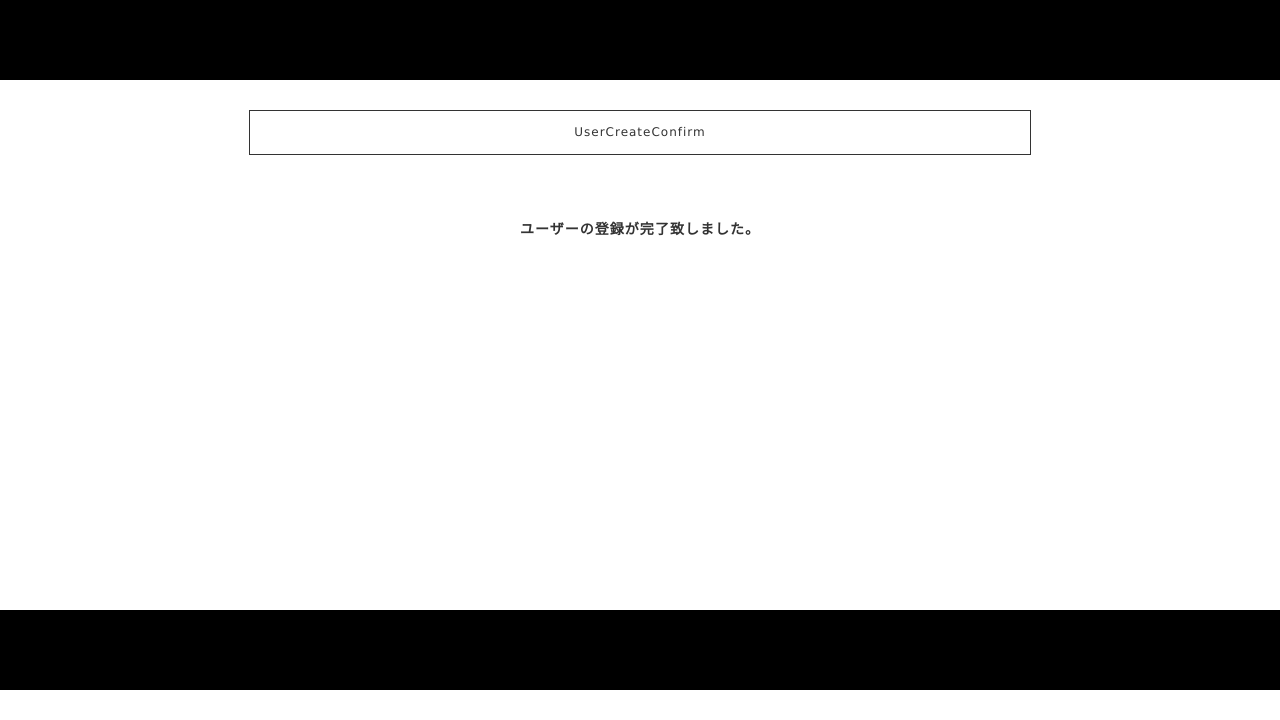
Repository: y321sudo/test2
Page: http://localhost/Yukazon/userCreateComplete.jsp
An editor plug-in stored every save of this project. The page is shown before and after the next save, followed by the edit.
The browser window is 1280 px wide. The pictures show the whole page.
The page is served by Tomcat 9. Other server files are loaded and not shown.

Above is the page before, as saved 2018-02-21 07:43:44.

### Yukazon/WebContent/userCreateComplete.jsp
<%@ page language="java" contentType="text/html; charset=UTF-8" pageEncoding="UTF-8"%>
<%@ taglib prefix="s" uri="/struts-tags"%>

<!DOCTYPE html>
<html>
<head>
	<meta charset="utf-8">
	<meta http-equiv="Content-Type" content="text/html; charset=utf-8" />
	<meta http-equiv="Content-Style-Type" content="text/css" />
	<meta http-equiv="Content-Script-Type" content="text/javascript" />
	<meta http-equiv="imagetoolbar" content="no" />
	<meta name="description" content="" />
	<meta name="keywords" content="" />
	<meta charset="utf-8">
	<title>新規ユーザー登録完了画面</title>
	<style type="text/css">
		/* ========TAG LAYOUT======== */
		body {
		   margin:0;
		   padding:0;
		   line-height:1.6;
		   letter-spacing:1px;
		   font-family:Verdana, Helvetica, sans-serif;
		   font-size:12px;
		   color:#333;
		   background:#fff;
		}

		table {
			text-align:center;
			margin:0 auto;
		}

		/* ========ID LAYOUT======== */
		#top {
		   width:780px;
		   margin:30px auto;
		   border:1px solid #333;
		}

		#header {
		   width: 100%;
		   height: 80px;
		   background-color: black;
		}

		#main {
		   width: 100%;
		   height: 500px;
		   text-align: center;
		}

		#footer {
			width: 100%;
			height: 80px;
			background-color: black;
			clear:both;
		}
	</style>
</head>
<body>
	<div id="header">
	 	<div id="pr">
		</div>
	</div>
	<div id="main">
		<div id="top">
			<p>UserCreateConfirm</p>
		</div>
		<div><br>
			<h3>ユーザーの登録が完了致しました。</h3>


		</div>
	</div>
	<div id="footer">
	 	<div id="pr">
		</div>
	</div>
</body>
</html>

After the next save:
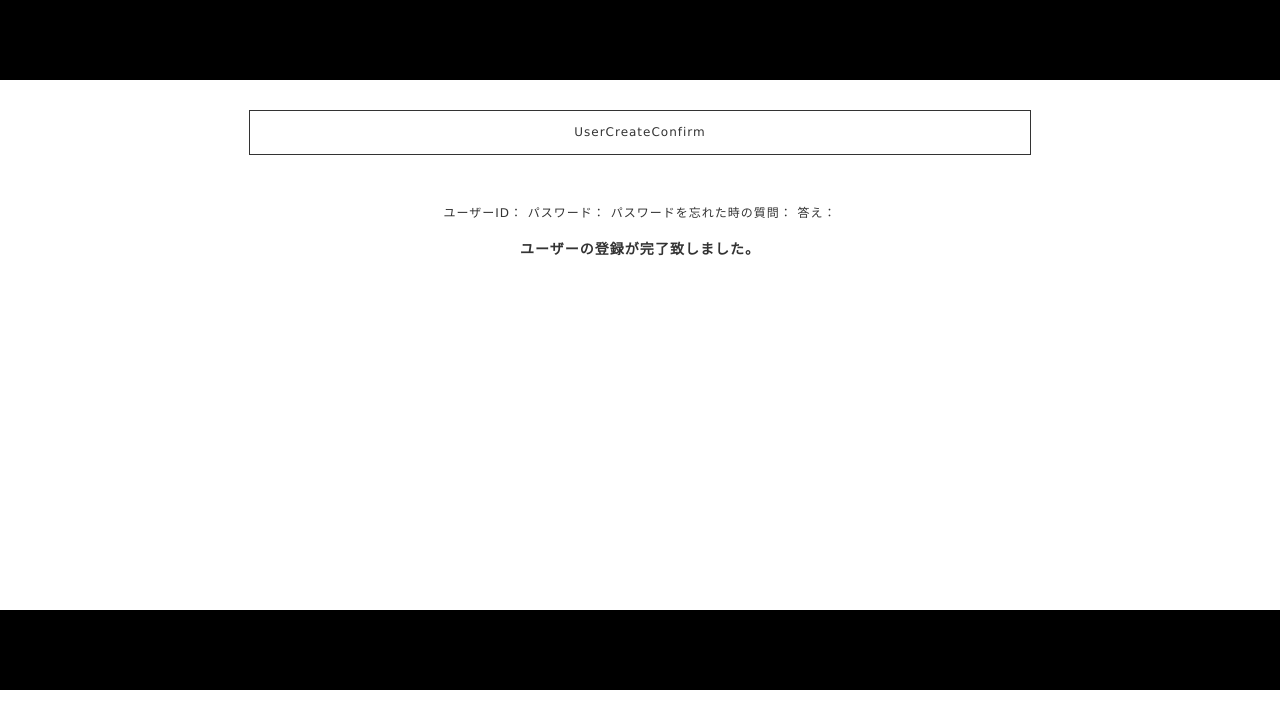
Saved 2 min 16 s later.
--- a/Yukazon/WebContent/userCreateComplete.jsp
+++ b/Yukazon/WebContent/userCreateComplete.jsp
@@ -49,6 +49,9 @@
 		   height: 500px;
 		   text-align: center;
 		}
+		#box {
+			border: 1px solid #000000;
+		}
 
 		#footer {
 			width: 100%;
@@ -68,6 +71,38 @@
 			<p>UserCreateConfirm</p>
 		</div>
 		<div><br>
+		<tr id="box">
+						<td>
+							<label>ユーザーID：</label>
+						</td>
+						<td>
+							<s:property value="loginUserId" escape="false" />
+						</td>
+					</tr>
+					<tr id="box">
+						<td>
+							<label>パスワード：</label>
+						</td>
+						<td>
+							<s:property value="loginPassword" escape="false" />
+						</td>
+					</tr>
+					<tr id="box">
+						<td>
+							<label>パスワードを忘れた時の質問：</label>
+						</td>
+						<td>
+							<s:property value="secretQuestion" escape="false" />
+						</td>
+					</tr>
+					<tr id="box">
+						<td>
+							<label>答え：</label>
+						</td>
+						<td>
+							<s:property value="secretAnswer" escape="false" />
+						</td>
+					</tr>
 			<h3>ユーザーの登録が完了致しました。</h3>
 
 
